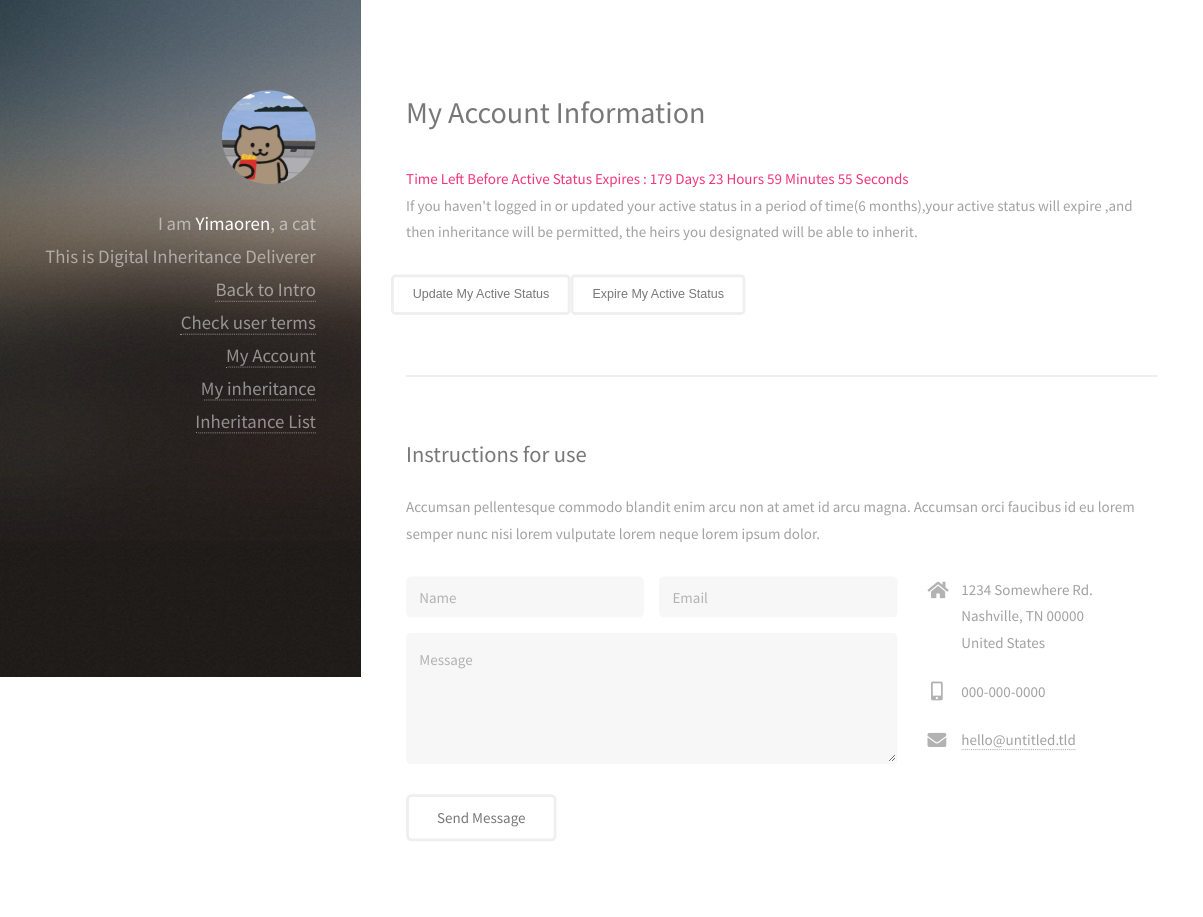
Repository: 1mocat/DID-blockchain-project
Page: Digital_I_D/app/src/myaccount.html
An editor plug-in stored every save of this project. The page is shown before and after a run of saves, followed by the edit.
The browser window is 1280 px wide. The pictures show the whole page, at 94% of full size.

Above is the page before, as saved 2023-10-02 16:39:45.

After the next 4 saves:
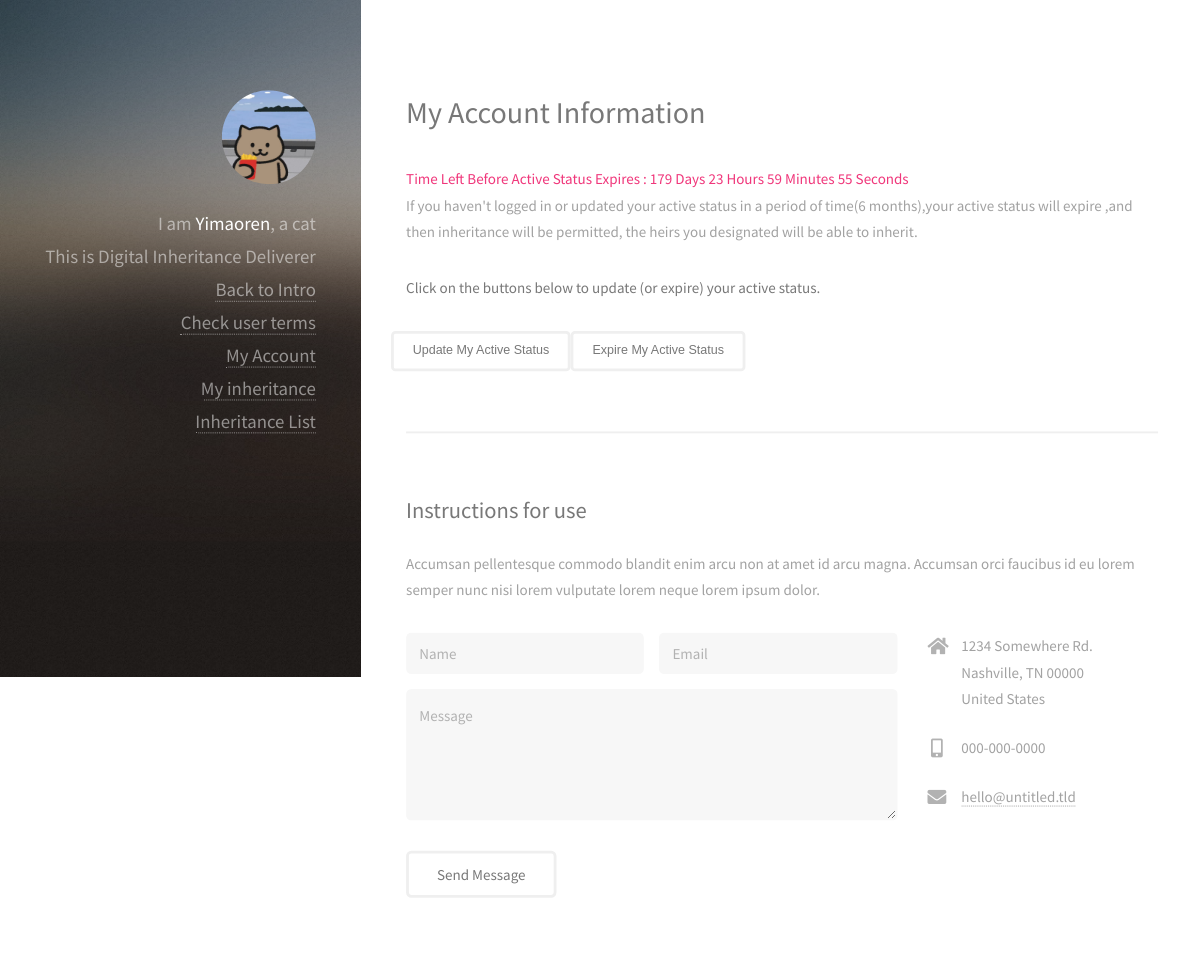
The 4 saves are shown as one change because they came seconds apart.
The last was saved 13 s later.
--- a/Digital_I_D/app/src/myaccount.html
+++ b/Digital_I_D/app/src/myaccount.html
@@ -72,6 +72,7 @@
 
 			<p>If you haven't logged in or updated your active status in a period of time(6 months),your active status will expire ,and then inheritance will be permitted, the heirs you designated will be able to inherit.
 				<br>  </p>
+			<p><strong> Click on the buttons below to update (or expire) your active status. </strong></p>
 			<ul class="actions">
 				<button onclick="" class="button">Update My Active Status </button>
 				<button onclick="" class="button">Expire My Active Status </button>
